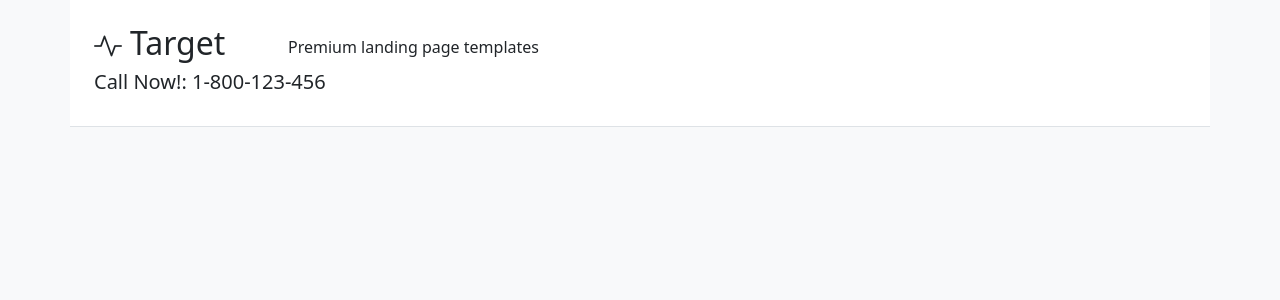
Repository: lyvandat/dh---bootstrap1
Page: index.html
These files come from the project's save history. The page is drawn as it stood at one moment and after the next save; the edit follows.
The browser window is 1280 px wide. The pictures show the whole page.
Some web libraries are served in a nearby version.

Above is the page before, as saved 2022-11-01 19:52:47.

After the next save:
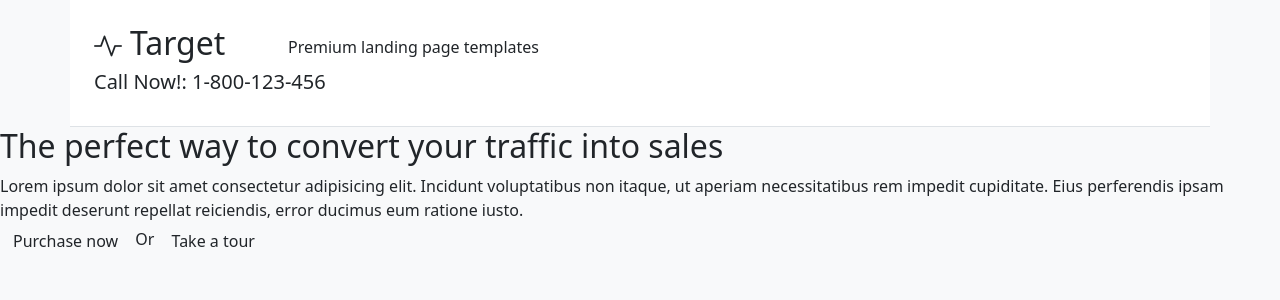
Saved 2 min 48 s later.
--- a/index.html
+++ b/index.html
@@ -19,7 +19,7 @@
     <title>Hello, world!</title>
   </head>
   <body class="bg-light">
-    <div
+    <section
       class="container align-items-center bg-white p-4 border-bottom border-gray"
     >
       <div class="row">
@@ -36,7 +36,25 @@
           <h3 class="fs-5">Call Now!: 1-800-123-456</h3>
         </div>
       </div>
-    </div>
+    </section>
+
+    <!-- intro -->
+    <section>
+      <div>
+        <h2>The perfect way to convert your traffic into sales</h2>
+        <article>
+          Lorem ipsum dolor sit amet consectetur adipisicing elit. Incidunt
+          voluptatibus non itaque, ut aperiam necessitatibus rem impedit
+          cupiditate. Eius perferendis ipsam impedit deserunt repellat
+          reiciendis, error ducimus eum ratione iusto.
+        </article>
+        <div>
+          <button class="btn rounded-pill">Purchase now</button>
+          <span>Or</span>
+          <button class="btn rounded-pill">Take a tour</button>
+        </div>
+      </div>
+    </section>
 
     <!-- Optional JavaScript; choose one of the two! -->
 
